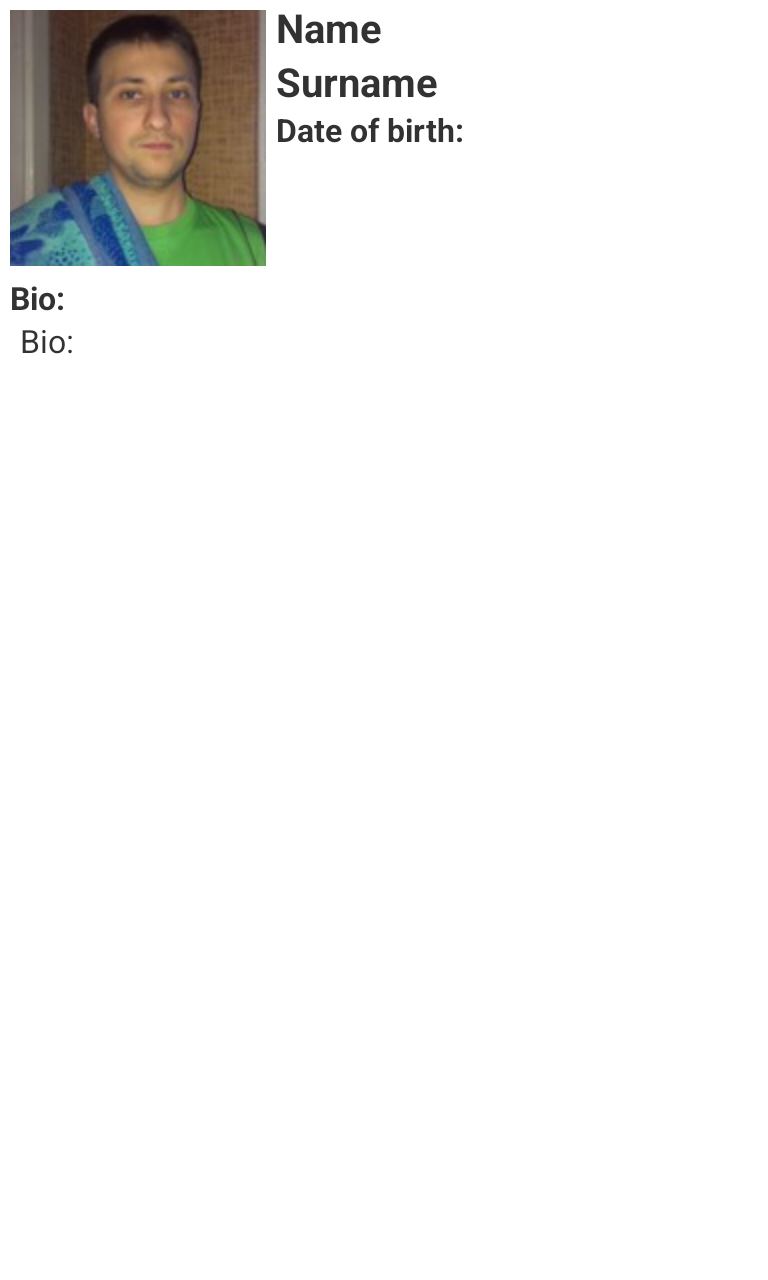
Repository: VanchT/42-test-ivtolkachev
Layout: FacebookFriends/res/layout/activity_main.xml
The author's editor kept a copy of each file at every save. The layout is drawn from the files as they stood at one save, then again after the next save.
It is drawn on a 768 x 1280 px phone screen (xhdpi) without system bars, with theme AppTheme; the app's code is not run.

Above is the layout before, as saved 2013-01-09 08:56:43.

### FacebookFriends/res/layout/activity_main.xml
<RelativeLayout xmlns:tools="http://schemas.android.com/tools"
    android:layout_width="match_parent"
    android:layout_height="match_parent"
    tools:context=".MainActivity" xmlns:android="http://schemas.android.com/apk/res/android">

    <ImageView
        android:id="@+id/image_me"
        android:layout_width="wrap_content"
        android:layout_height="wrap_content"
        android:layout_alignParentLeft="true"
        android:layout_alignParentTop="true"
        android:contentDescription="@string/me_image_description"
        android:src="@drawable/me"
        android:layout_margin="5dp"/>

    <TextView
        android:id="@+id/name_me"
        android:layout_width="wrap_content"
        android:layout_height="wrap_content"
        android:layout_toRightOf="@id/image_me"
        android:textStyle="bold"
        android:textSize="20sp"
        android:text="@string/me_name"
        />

    <TextView
        android:id="@+id/surname_me"
        android:layout_width="wrap_content"
        android:layout_height="wrap_content"
        android:layout_toRightOf="@id/image_me"
        android:layout_below="@id/name_me"
        android:textStyle="bold"
        android:textSize="20sp"
        android:text="@string/me_surname"
        />

    <TextView
        android:id="@+id/birthday_me_lable"
        android:layout_width="wrap_content"
        android:layout_height="wrap_content"
        android:layout_toRightOf="@id/image_me"
        android:layout_below="@id/surname_me"
        android:textStyle="bold"
        android:textSize="16sp"
        android:text="@string/me_birth"
        />

    <TextView
        android:id="@+id/birthday_me"
        android:layout_width="wrap_content"
        android:layout_height="wrap_content"
        android:layout_toRightOf="@id/image_me"
        android:layout_below="@id/birthday_me_lable"
        android:layout_marginLeft="10dp"
        android:textSize="16sp"
        />

 <TextView
        android:id="@+id/bio_me_lable"
        android:layout_width="wrap_content"
        android:layout_height="wrap_content"
        android:layout_below="@id/image_me"
        android:layout_alignLeft="@id/image_me"
        android:textStyle="bold"
        android:textSize="16sp"
        android:text="@string/me_bio"
        />

 <TextView
        android:id="@+id/bio_me"
        android:layout_width="match_parent"
        android:layout_height="wrap_content"
        android:layout_below="@id/bio_me_lable"
        android:layout_alignParentLeft="true"
        android:layout_marginLeft="10dp"
        android:textSize="16sp"
        android:text="@string/me_bio"
        />

</RelativeLayout>

### FacebookFriends/res/values/strings.xml
<?xml version="1.0" encoding="utf-8"?>
<resources>

    <string name="app_name">FacebookFriends</string>
    <string name="menu_settings">Settings</string>
    <string name="me_name">Name</string>
    <string name="me_surname">Surname</string>
    <string name="me_birth">Date of birth:</string>
    <string name="me_bio">Bio:</string>
    <string name="me_contacts">Contacts:</string>
    <string name="me_image_description">Me</string>

</resources>

Loaded but not shown: FacebookFriends/res/values/styles.xml (common file); FacebookFriends/res/values-v11/styles.xml (common file); FacebookFriends/res/values-v14/styles.xml (common file)

After the next save:
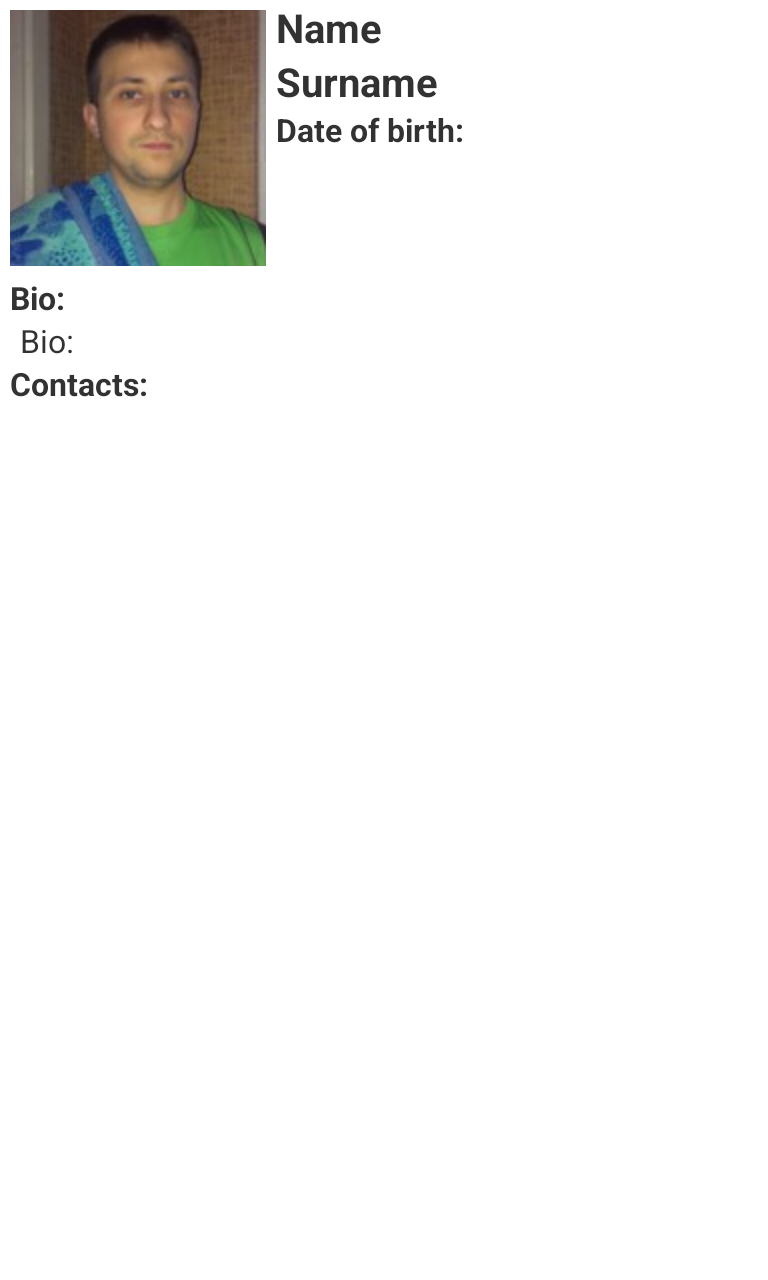
Saved 45 s later.
--- a/FacebookFriends/res/layout/activity_main.xml
+++ b/FacebookFriends/res/layout/activity_main.xml
@@ -77,4 +77,15 @@
         android:text="@string/me_bio"
         />
 
+ <TextView
+        android:id="@+id/contacts_me_lable"
+        android:layout_width="wrap_content"
+        android:layout_height="wrap_content"
+        android:layout_below="@id/bio_me"
+        android:layout_alignLeft="@id/image_me"
+        android:textStyle="bold"
+        android:textSize="16sp"
+        android:text="@string/me_contacts"
+        />
+
 </RelativeLayout>
